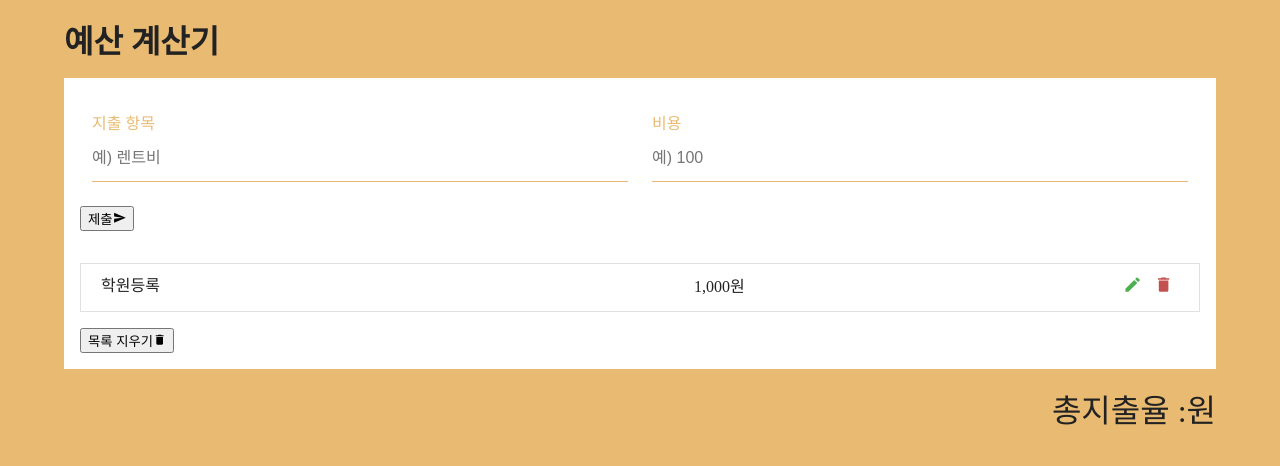
Repository: jongheonleee/budget_calculator
Page: /
These files come from the project's save history. The page is drawn as it stood at one moment and after the next save; the edit follows.
The browser window is 1280 px wide. The pictures show the whole page.
The project was rebuilt for these pictures with package versions that can differ from the ones it lists, and the page was loaded fresh each time.

Above is the page before, as saved 2025-02-08 12:58:35.

### src/index.css
:root {
  --primaryColor : #90A959;
  --secondColor : #e9bb72;
  --mainWhite : #fff;
  --mainBlack : #222;
  --mainRed : #C45151;
  --mainGreen : #4CAF50;
}

* {
  margin: 0;
  box-sizing: border-box;
}

body {
  background: var(--secondColor);
  color: var(--mainBlack);
}

h1 {
  margin: 1rem 0;
}

### src/App.js
import { Component } from "react";
import "./App.css";
import ExpenseForm from "./components/ExpenseForm";
import ExpenseList from "./components/ExpenseList";

class App extends Component {

  render() {
    return (
      <main className="main-container">
        <h1>예산 계산기</h1>

        {/* 작성 영역 */}
        <div style={{ width:'100%', backgroundColor : 'white', padding: '1rem'}}>
          <ExpenseForm />
        </div>

        {/* 리스트 영역 */}
        <div style={{ width:'100%', backgroundColor : 'white', padding: '1rem'}}>
          <ExpenseList />
        </div>

        <div style={{ display : 'flex', justifyContent: 'end', marginTop: '1rem'}}>
          <p style={{ fontSize : '2rem'}}>
            총지출율 :
            <span>원</span>
          </p>
        </div>
      </main>
    )
  }
}

export default App;

### src/components/ExpenseForm.js
import React, { Component } from 'react'
import './ExpenseForm.css';
import { MdSend } from'react-icons/md';

export class ExpenseForm extends Component {

    render() {
        return (
        <form>
            <div>
                <div className='form-center'>
                    <div className='form-group'>
                        <label htmlFor='charge'> 지출 항목 </label>
                        <input
                            type='text'
                            className='form-control'
                            id='charge'
                            name='charge'
                            placeholder='예) 렌트비'
                        />
                    </div>
                    <div className='form-group'>
                        <label htmlFor='amount'> 비용 </label>
                        <input
                            type='number'
                            className='form-control'
                            id='amount'
                            name='amount'
                            placeholder='예) 100'
                        />

                    </div>
                </div>
            </div>

            <button tpye='submit' className='btn'>
                제출
                <MdSend className='btn-icon'/>
            </button>
        </form>
    )
  }
}

export default ExpenseForm

### src/components/ExpenseList.js
import React, { Component } from 'react'
import './ExpenseList.css'
import ExpenseItem from './ExpenseItem'
import { MdDelete } from 'react-icons/md'

export class ExpenseList extends Component {
  render() {
    return (
      <>
        <ul className='list'>
            {/* Expense Item */}
            <ExpenseItem />
        </ul>
        <button className='btn'>
            목록 지우기
            <MdDelete className='btn-icon'/>
        </button>
      </>
    )
  }
}

export default ExpenseList

### src/components/ExpenseForm.css
.form-center {
    display: flex;
}

.form-group {
    padding : 1rem 0.75rem;
    flex : 1;
}

label {
    display: block;
    color : var(--secondColor);
    font-size : 1rem;
    text-transform: capitalize;
}

.form-control {
    background-color: transparent;
    border: none;
    border-bottom: 1px solid var(--secondColor);
    outline: none;
    height: 3rem;
    width: 100%;
    font-size : 16px;
    margin: 0 0 8px 0;
    padding : 0;
}

### src/components/ExpenseList.css
.list {
    list-style-type: none;
    border : none;
    padding: 0;
}

### src/components/ExpenseItem.js
import React, { Component } from 'react'
import './ExpenseItem.css';
import { MdEdit, MdDelete } from'react-icons/md';

export class ExpenseItem extends Component {
  render() {
    return (
      <li className='item'>
        <div className='info'>
          <span className='expense'>학원등록</span>
          <span className='amount'> 1,000원 </span>
        </div>

        <div>
          <button className='edit-btn'><MdEdit/></button>
          <button className='clear-btn'><MdDelete /></button>
        </div>
      </li>
    )
  }
}

export default ExpenseItem

### src/components/ExpenseItem.css
.item {
    background-color: var(--mainWhite);
    line-height: 1.5rem;
    padding: 10px 20px;
    margin-bottom: 1rem;
    border : 1px solid #e0e0e0;
    display: flex;
    justify-content: space-between;
    transition:all 0.3s linear;
}

.item:hover {
    width: 100%;
    transform: scale(1.02);
}

.info {
    flex : 0 0 60%;
    display: flex;
    justify-content: space-between;
}

.expense {
    margin-right: 2rem;
}

.amount {
    font-weight: 300;
    font-size : 1rem;
    padding : 1px 3px;
}

.clear-btn,
.edit-btn {
    background: none;
    border: none;
    font-size : 1.2rem;
    outline: none;
    cursor: pointer;
}

.clear-btn {
    color : var(--mainRed);
}

.edit-btn {
    color : var(--mainGreen);
}

Loaded but not shown: public/index.html (common file); src/index.js (common file); src/reportWebVitals.js (common file); src/App.css (common file)

After the next save:
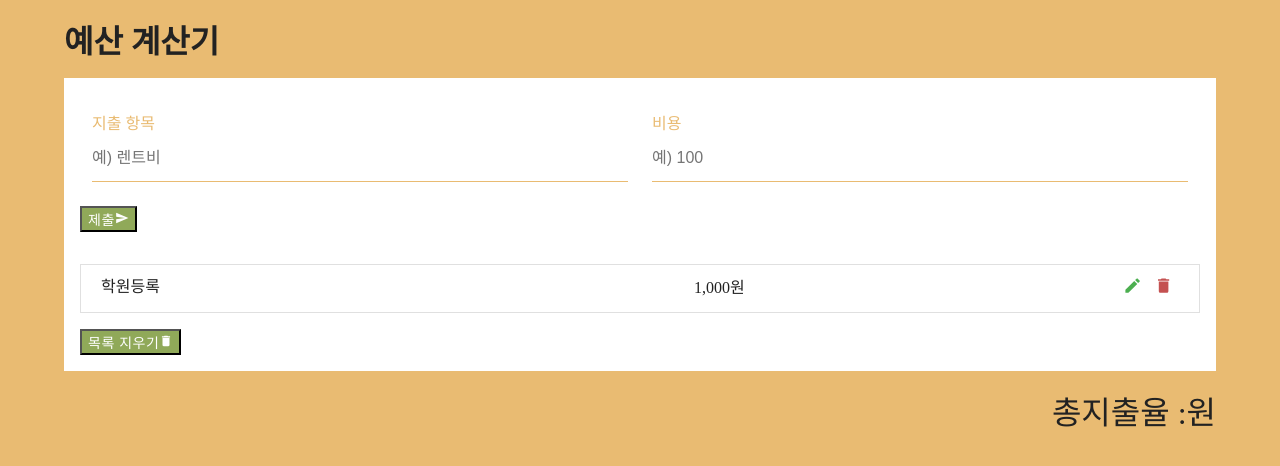
Saved 70 s later.
--- a/src/index.css
+++ b/src/index.css
@@ -20,3 +20,12 @@ body {
 h1 {
   margin: 1rem 0;
 }
+
+.btn {
+  text-decoration: none;
+  color : var(--mainWhite);
+  background-color: var(--primaryColor);
+  text-align: center;
+  letter-spacing: 0.5px;
+  font-size: 14px;
+}
